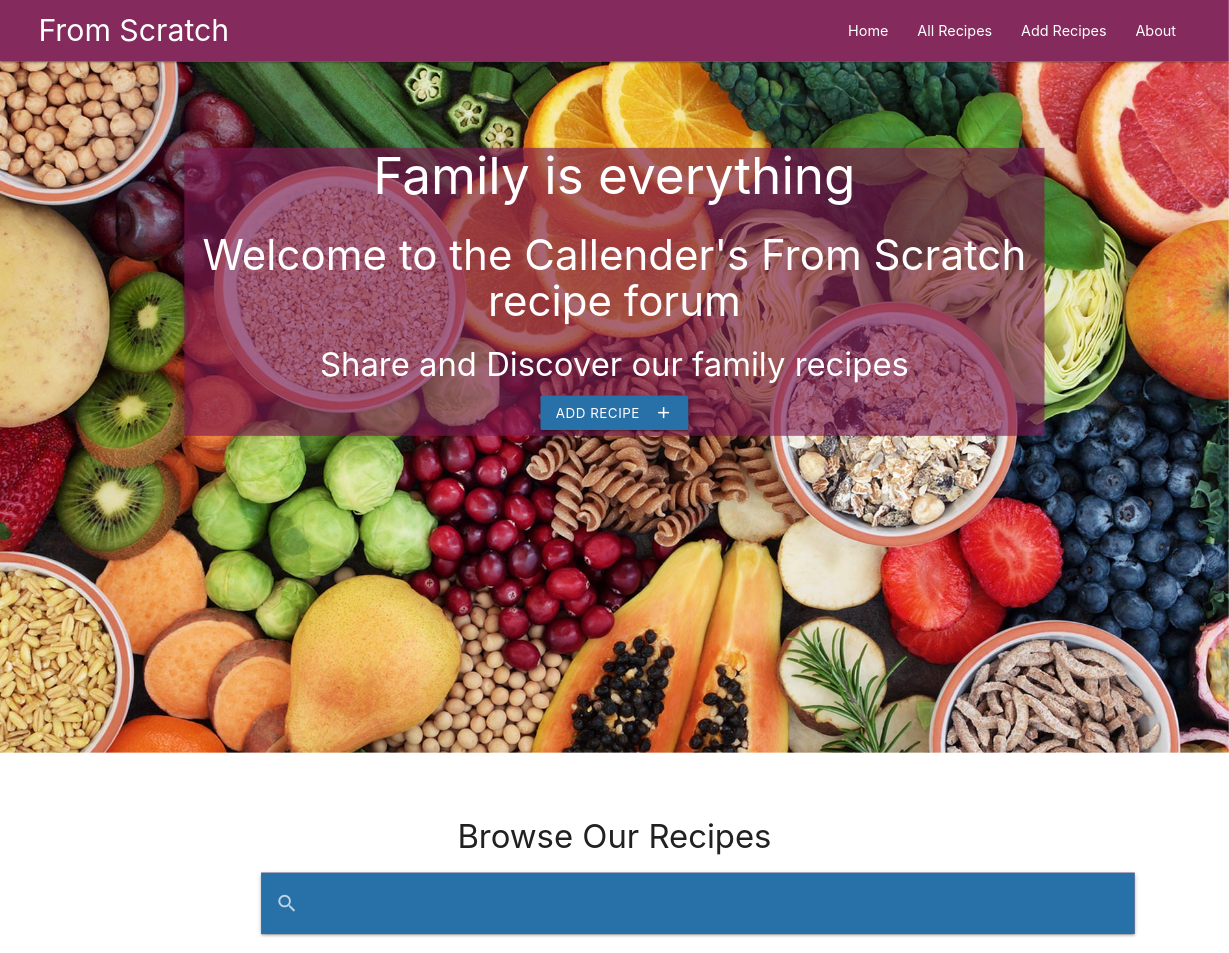
Repository: callendera/MilestoneProject3
Page: http://localhost/
The author's editor kept a record of every edit. The page is drawn from the files as they stood at one moment, then again after the next edit.
The browser window is 1280 px wide. The pictures show the whole page, at 96% of full size.
Backgrounds fixed to the window are drawn as part of the page. The page is served by the project's application, run on Flask 3 (recipe.py). Queries for data that is not in the repository find no rows.

Above is the page before.
Console error: SyntaxError: Unexpected token ')'

### templates/recipehome.html
{% extends 'base.html' %} {% block content %}
<div class="callout background-callout">
    <div class="container callout-text-background-color">

        <h2>Family is everything</h2>
        <h3>Welcome to the Callender's From Scratch recipe forum</h3>
        <h4>Share and Discover our family recipes</h4>
        <a href="#modal1" class="font-color modal-trigger"><button class="btn waves-effect waves-light center my-btn-color">Add Recipe
        <i class="material-icons right">add</i></a>

    </div>
</div>

<div id="all-recipes"></div>
</br>
</br>
<div class="container flow-text">
    <h4 class="center">Browse Our Recipes</h4>
    <div class="row recipe-row-margin">
            <nav class="my-search-bar-margin center">
                <div class="nav-wrapper my-btn-color">
                    <form>
                        <div class="input-field">
                            <input id="search" type="search" required>
                            <label class="label-icon" for="search"><i class="material-icons">search</i></label>
                            <i class="material-icons">close</i>
                        </div>
                    </form>
                </div>
            </nav>
        {% for recipes in from_scratch %}
        <div class="col s6">
            <a href="{{url_for('view_recipe', recipe_id=recipes._id)}}"><img class="materialboxed recipe-image" data-caption="{{recipes.recipe_name}}" src="{{recipes.recipe_image}}" alt="No Image Available"></a>
            <p class="recipe-name-margin"><strong>{{recipes.recipe_name}}</strong></p>
        </div>
        {% endfor %}
    </div>
</div>
{% endblock %}

### templates/base.html
<!DOCTYPE html>
<html>

<head>
    <link href="https://fonts.googleapis.com/icon?family=Material+Icons" rel="stylesheet">
    <!--link for Icons in Materialize-->

    <!--JQuery needs to be active before Materialize can render its' data-->

    <link rel="stylesheet" href="https://cdnjs.cloudflare.com/ajax/libs/materialize/1.0.0/css/materialize.min.css">
    <link rel="stylesheet" href="{{url_for('static',filename='css/style.css')}}" type="text/css" />
</head>

<body>
    <div class="navbar-fixed ">
        <nav class="transparent">
            <div class="nav-wrapper my-navbar-margin">
                <a href="index.html" class="brand-logo">From Scratch</a>
                <a href="#" data-target="mobile-nav" class="sidenav-trigger"><i class="material-icons">menu</i></a>
                <ul class="right hide-on-med-and-down">
                    <li><a href="{{ url_for('get_recipes') }}">Home</a></li>
                    <li><a href="#all-recipes">All Recipes</a></li>
                    <li><a class="modal-trigger" href="#modal1">Add Recipes</a></li>
                    <li><a href="mobile.html">About</a></li>
                </ul>
            </div>
        </nav>
    </div>


    <ul class="sidenav" id="mobile-nav">
        <li><a href="{{ url_for('get_recipes') }}">Home</a></li>
        <li><a href="#all-recipes">All Recipes</a></li>
        <li><a class="modal-trigger" href="#modal1">Add Recipes</a></li>
        <li><a href="mobile.html">About</a></li>
    </ul>



    {% block content %}
    <!--contains any content needed for each page, this give a template for such-->
    {% endblock %}
    <div id="modal1" class="modal">
        <div class="modal-content">
            <h3>Add Recipe</h3>
            <div class="row">
                <form class="col s12" action="{{ url_for('insert_recipe') }}" method='POST'>
                    <div class="row">
                        <div class="input-field col s6">
                            <input id="recipe_name" name="recipe_name" type="text" class="validate" required="" aria-required="true">
                            <label for="recipe_name">Recipe Name</label>
                        </div>

                        <div class="input-field col s6">
                            <select id="recipe_type" name="recipe_type" required="" aria-required="true">
                  <option value="" disabled selected>Choose your option</option>
                  <option value="1">Vegetarian</option>
                  <option value="2">Chicken</option>
                  <option value="3">Beef</option>
                  <option value="3">Vegan</option>
                  <option value="3">Fish</option>
                  <option value="3">Pork</option>
                </select>
                            <label>What is your recipe?</label>
                        </div>
                    </div>
                    <div class="row">
                        <div class="input-field col s12">
                            <input placeholder="List all Ingredients and Special Instructions" name="ingredients0" id="ingredients0" type="text" class="validate" required="" aria-required="true">
                            <label for="ingredients0">Ingredients</label>
                        </div>
                    </div>
                    <div class="row">
                        <div class="input-field col s12">
                            <input id="directions0" name="directions0" type="text" class="validate" required="" aria-required="true">
                            <label for="directions0">Directions</label>
                        </div>
                    </div>
                    <div class="row">
                        <div class="input-field col s12">
                            <input id="nutrition0" name="nutrition0" type="text" class="validate" required="" aria-required="true">
                            <label for="nutrition0">Nutrition Facts</label>
                        </div>
                    </div>
                    <div class="row">
                        <div class="col s6">
                            Serves:
                            <div class="input-field inline">
                                <input id="serves" name="serves" type="number" class="validate" required="" aria-required="true">
                                <label for="serves">How Many People? </label>

                            </div>
                        </div>
                        <div class="input-field col s6">
                            <input placeholder="Your Name" id="recipe_name" name="recipe_name" type="text" class="validate" required="" aria-required="true">
                            <label for="recipe_name">Recipe by:</label>
                        </div>
                    </div>
                    <div class="row">
                        <div class="input-field col s12">
                            <input placeholder="Please give the URL of your recipe image" id="recipe_image" name="recipe_image" type="text" class="validate">
                            <label for="recipe_image">Recipe Image</label>
                        </div>
                    </div>
                    <button class="btn waves-effect waves-light right my-btn-color" type="submit" name="action">Add Recipe
            <i class="material-icons right">add</i>
         </button>
                </form>
            </div>
        </div>

        <script src="https://cdnjs.cloudflare.com/ajax/libs/jquery/3.4.1/jquery.min.js" integrity="sha256-CSXorXvZcTkaix6Yvo6HppcZGetbYMGWSFlBw8HfCJo=" crossorigin="anonymous"></script>
        <script src="https://cdnjs.cloudflare.com/ajax/libs/materialize/1.0.0/js/materialize.min.js"></script>

        <script src='http://code.jquery.com/jquery-3.3.1.min.js'></script>
        <script src='/javascripts/register.js'></script>
        <!-- Script to use Materialize functionality-->
        <script type="text/javascript">
            $(document).ready(function() {
                $('select').formSelect();
            });
        </script>
        <script type="text/javascript">
            $(document).ready(function() {
                $('.collapsible').collapsible();
            });
        </script>
        <script type="text/javascript">
            $(document).ready(function() {
                $('.sidenav').sidenav();
            });
        </script>
        <script type="text/javascript">
            $(document).ready(function() {
                $('.fixed-action-btn').floatingActionButton();
            });
        </script>
        <script type="text/javascript">
            $(document).ready(function() {
                $('.modal').modal();
            });
        </script>


        <!-- script for the collapsibles-->
</body>

</html>

### recipe.py
import os
from flask import Flask, render_template, redirect, request, url_for
from flask_pymongo import PyMongo
from bson.objectid import ObjectId
#sets up application for use with PyMongo, Flask

app = Flask(__name__)
app.config["MONGO_DBNAME"] = 'from_scratch'
#creates link between Database and application
app.config["MONGO_URI"] = os.getenv("MONGO_URI")

#creates application to be tested

mongo = PyMongo(app)

@app.route('/')

@app.route('/get_recipes')
#Display text as proof of concept
def get_recipes():
    from_scratch = mongo.db.recipes.find()
    return render_template( "recipehome.html", from_scratch=from_scratch)

@app.route('/add_recipes')
def add_recipes():
    from_scratch = mongo.db.recipes.find()
    return render_template("recipehome.html")

@app.route('/insert_recipe', methods=['POST'])
def insert_recipe():
    from_scratch = mongo.db.recipes
    from_scratch.insert_one(request.form.to_dict())
    return redirect(url_for('get_recipes'))

@app.route('/view_recipe/<recipe_id>')
def view_recipe(recipe_id):
    return render_template('recipedetails.html', from_scratch=mongo.db.recipes.find({'_id': ObjectId(recipe_id)}))

if __name__ == '__main__':
    app.run(host=os.environ.get('IP'),
            port=int(os.environ.get('PORT')),
            debug=True)
#So they know how and where to run application

### static/css/style.css
.recipe-image {
    height: 300px;
    width: 400px;
    padding: 20px;
    padding-bottom: 0px;
    margin-top: 20px;
}

.recipe-name-margin {
    margin-top: 0px;
}

.view-recipe-container-margin {
    margin-bottom: 60px;
}

.background-callout {
    /*--- FOR ALL BACKGROUND CONTAINERS sets background image for callout container.
    it is set to not repeat, so the image doesnt stretch, and the image will be centered horizontally and
    pushed to the top of the container. the background will also not scroll, but remained positioned so things will scroll past it---*/
    background: url(../images/home.jpg)no-repeat center center fixed;
    -webkit-background-size: cover;
    -moz-background-size: cover;
    -o-background-size: cover;
    background-size: cover;
    overflow: hidden;
    align-items: center;
    justify-content: center;
    height: 40vh;
}


.callout-text-background-color {
    text-align: center;
    background-color: #7c1a50a3;
    color: white;
    height: 300px;
    margin-top: 400px;


}

.view-recipe-image {
    height: 500px;
    width: 800px;
    margin-left: 125px;
    margin-top: 30px;
}

.recipe-row-margin {
    margin-left: 80px;
}

.my-navbar-margin {
    padding-left: 40px;
    padding-right: 40px;
    background-color: #7c1a50ed;
}

.my-btn-color {
    background-color: #2870a8;
}

.my-btn-color:hover {
    /*--- color of background: blue ---*/
    background-color: #2870a8cf;
    /*--- when mouse is hovered the button will transition for
    .40seconds to a darker green color. the color will gradually ease in and then ease out. ---*/
    transition: all 0.40s ease-in-out;
    -moz-transition: all 0.40s ease-in-out;
    -webkit-transition: all 0.40s ease-in-out;
    -o-transition: all 0.40s ease-in-out;
    /*--- adjustments for each web browser ---*/
}


.my-link-color {
    color: #3384d8;
}

.font-color {
    color: white;
}

.my-search-bar-margin {
    margin-top: 20px;
    width: 910px;
}

/*---Media Queries---*/

/*--- adjustemnts for different screensizes,
    small-->big all features tested on google chrome inspect ---*/

@media (min-width: 576px) {
    .callout-text-background-color {
       margin-top: 200px; ;
    }

}

@media (min-width: 768px) {
    .background-callout {

        background: url("../images/home.jpg")no-repeat center center fixed;
        /*--- adjusts background for different browsers ---*/
        -webkit-background-size: cover;
        -moz-background-size: cover;
        -o-background-size: cover;
        background-size: cover;

        /*--- makes the background fit to the container ---*/
        overflow: hidden;

        /*--- aligns and justifies text in container ---*/
        align-items: center;
        justify-content: center;
        /*--- the height that container will take up in the viewport ---*/
        height: 60vh;
    }
    .callout-text-background-color {
       margin-top: 50px; ;
    }

}

@media (min-width: 992px) {
    .background-callout {

        background: url("../images/home.jpg")no-repeat center center fixed;
        /*--- adjusts background for different browsers ---*/
        -webkit-background-size: cover;
        -moz-background-size: cover;
        -o-background-size: cover;
        background-size: cover;

        /*--- makes the background fit to the container ---*/
        overflow: hidden;

        /*--- aligns and justifies text in container ---*/
        align-items: center;
        justify-content: center;
        /*--- the height that container will take up in the viewport ---*/
        height: 60vh;
    }
    .callout-text-background-color {
       margin-top: 90px; ;
    }
}

@media (min-width: 1200px) {
    .background-callout {

        background: url("../images/foods.jpg")no-repeat center center fixed;
        /*--- adjusts background for different browsers ---*/
        -webkit-background-size: cover;
        -moz-background-size: cover;
        -o-background-size: cover;
        background-size: cover;

        /*--- makes the background fit to the container ---*/
        overflow: hidden;

        /*--- aligns and justifies text in container ---*/
        align-items: center;
        justify-content: center;
        /*--- the height that container will take up in the viewport ---*/
        height: 100vh;
    }
}

### register.js
$(function(){
    $("#register").on('click', function(event){
        event.preventDefault();
        var username   = $("#username").val();
        var password   = $("#password").val();

        if(!username || !password ||){
            $("#msgDiv").show().html("All fields are required.");
        }
        else{
            $.ajax({
                url: "/register",
                method: "POST",
                data: { user_name: username, password: password }
            }).done(function( data ) {
                if ( data ) {
                    if(data.status == 'error'){
                        var errors = '<ul>';
                        $.each( data.message, function( key, value ) {
                            errors = errors +'<li>'+value.msg+'</li>';
                        });
                        errors = errors+ '</ul>';
                        $("#msgDiv").html(errors).show();
                    }else{
                        $("#msgDiv").removeClass('invalid').addClass('valid').html(data.message).show();
                    }
                }
            });
        }
    });
});

After the next edit:
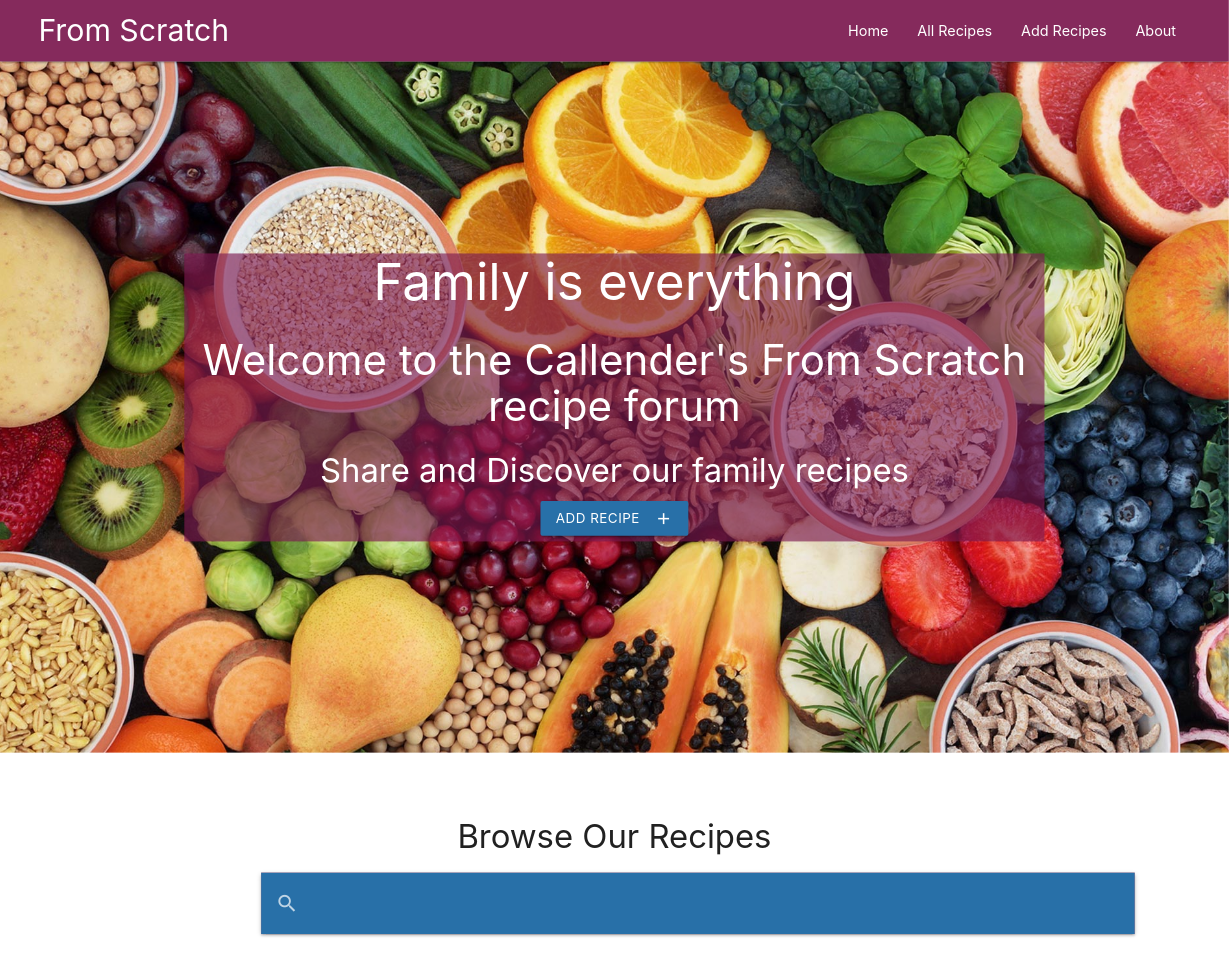
The edit:
--- a/static/css/style.css
+++ b/static/css/style.css
@@ -167,4 +167,7 @@
         /*--- the height that container will take up in the viewport ---*/
         height: 100vh;
     }
+    .callout-text-background-color {
+       margin-top: 200px; ;
+    }
 }
